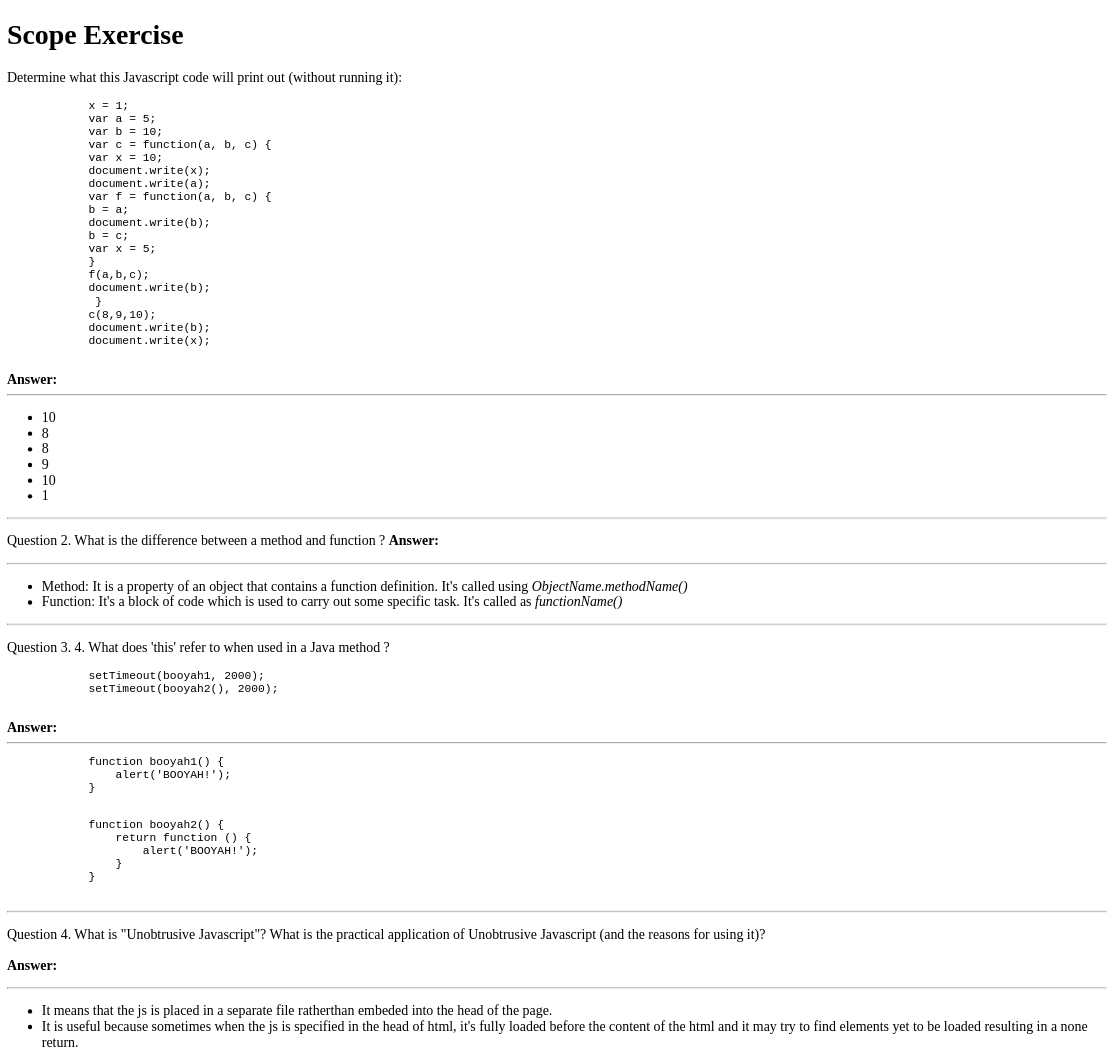
Repository: bethelbahiru/WAP
Page: Homework3/scope.html
These files come from the project's save history. The page is drawn as it stood at one moment and after the next save; the edit follows.
The browser window is 1280 px wide. The pictures show the whole page, at 87% of full size.

Above is the page before, as saved 2022-01-18 15:56:49.

### Homework3/scope.html
<!DOCTYPE html>
<html lang="en">
<head>
    <meta charset="UTF-8">
    <meta http-equiv="X-UA-Compatible" content="IE=edge">
    <meta name="viewport" content="width=device-width, initial-scale=1.0">
    <title>Scope Exercise</title>
</head>
<body>
    <h1><strong>Scope Exercise</strong></h1>
    <p> Determine what this Javascript code will print out (without running it):
        <pre>
            x = 1;
            var a = 5;
            var b = 10;
            var c = function(a, b, c) {
            var x = 10;
            document.write(x);
            document.write(a);
            var f = function(a, b, c) {
            b = a;
            document.write(b);
            b = c;
            var x = 5;
            }
            f(a,b,c);
            document.write(b);
             }
            c(8,9,10);
            document.write(b);
            document.write(x);
        </pre>

        <strong>Answer:</strong>
        <hr>
        <ul>
            <li>10</li>
            <li>8</li>
            <li>8</li>
            <li>9</li>
            <li>10</li>
            <li>1</li>
        </ul>
    </p>
    <hr>
    <p>Question 2.  What is the difference between a method and function ?

        <strong>Answer:</strong>
        <hr>
        <ul>
            <li>Method: It is a property of an object that contains a function definition. It's called using <em>ObjectName.methodName()</em></li>
            <li>Function: It's a block of code which is used to carry out some specific task. It's called as <em>functionName()</em></li>
        </ul>
    </p>
    <hr>
    <p>Question 3. 4. What does 'this' refer to when used in a Java method ?
        <pre>
            setTimeout(booyah1, 2000);
            setTimeout(booyah2(), 2000);
        </pre>
        <strong>Answer:</strong>
        <hr>
        <pre>
            function booyah1() {
                alert('BOOYAH!');
            }
        </pre>
        <pre>
            function booyah2() {
                return function () {
                    alert('BOOYAH!');
                }
            }
        </pre>
    </p>
    <hr>
    <p>Question 4. What is "Unobtrusive Javascript"? What is the practical application of Unobtrusive Javascript (and the reasons
        for using it)?
        <br/>
        <br/>
        <strong>Answer:</strong>
        <hr>
        <ul>
            <li>It means that the js is placed in a separate file ratherthan embeded into the head of the page.</li>
            <li>It is useful because sometimes when the js is specified in the head of html, it's fully loaded before the content of the html and it may try to find elements yet to be loaded resulting in a none return.</li>
        </ul>
    </p>

</body>
</html>

After the next save:
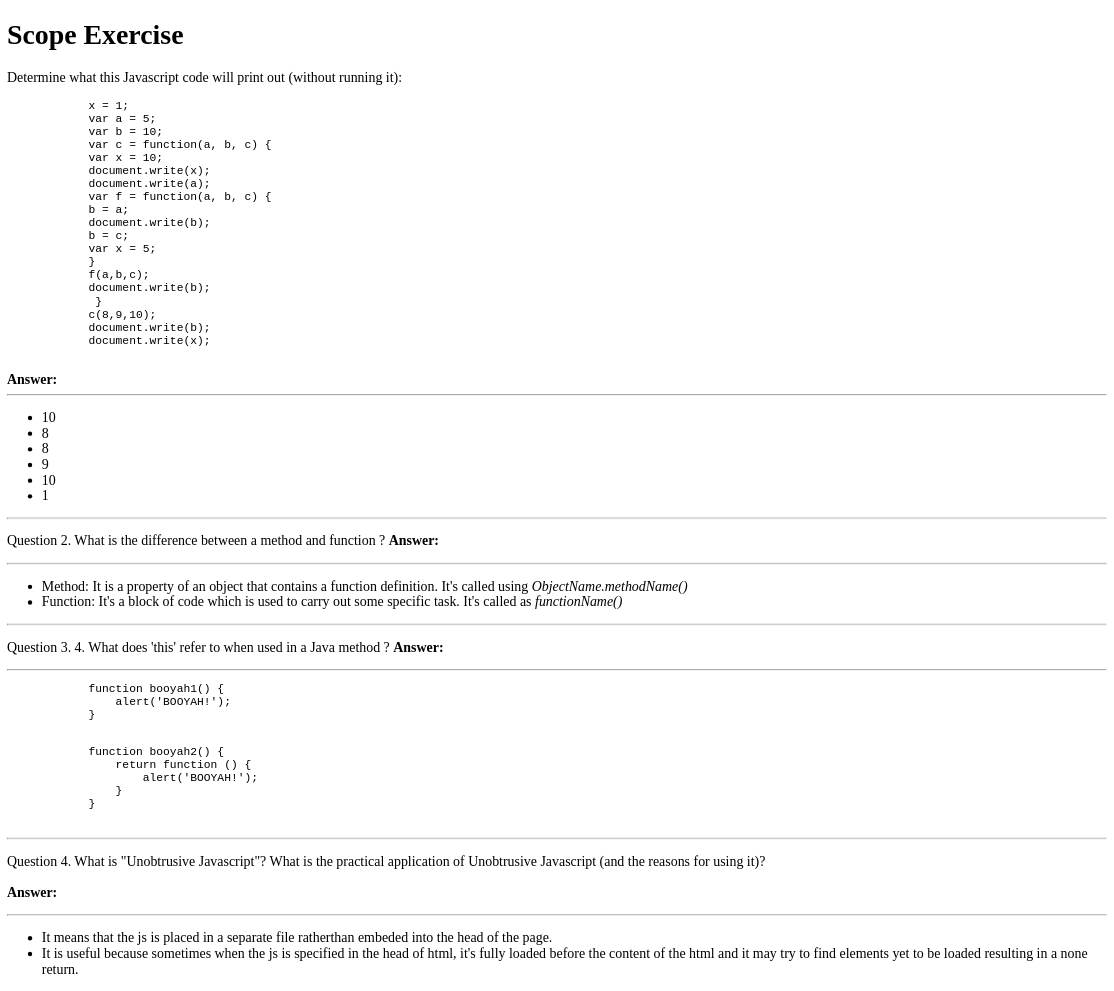
Saved 4 s later.
--- a/Homework3/scope.html
+++ b/Homework3/scope.html
@@ -54,10 +54,6 @@
     </p>
     <hr>
     <p>Question 3. 4. What does 'this' refer to when used in a Java method ?
-        <pre>
-            setTimeout(booyah1, 2000);
-            setTimeout(booyah2(), 2000);
-        </pre>
         <strong>Answer:</strong>
         <hr>
         <pre>
